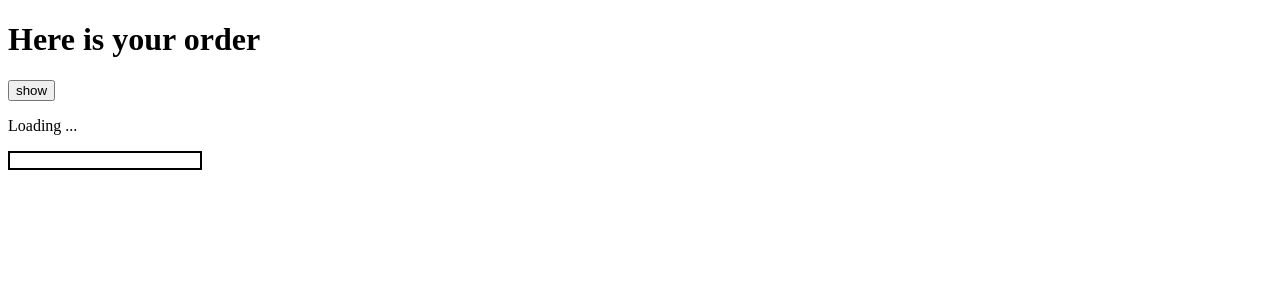
Repository: boschierob/order-app
Page: read.html
These files come from the project's save history. The page is drawn as it stood at one moment and after the next save; the edit follows.
The browser window is 1280 px wide. The pictures show the whole page.
The page's requests for data from a server got no answer.

Above is the page before, as saved 2023-01-01 19:57:19.

### read.html
<!DOCTYPE html>
<html lang="en">

<head>
    <meta charset="UTF-8">
    <meta http-equiv="X-UA-Compatible" content="IE=edge">
    <meta name="viewport" content="width=device-width, initial-scale=1.0">
    <title>view your order</title>
    <style>

    </style>
</head>

<body>
    <div>
        <h1>Here is your order</h1>
        <div>
            <button>show</button>
            <p id="data"> Loading ...</p>
            <div style="border:2px solid black ; width:15%; height:15px">
                <img id="image">
            </div>


        </div>

    </div>

    <script type="text/javascript">
        const show = document.getElementById('data');
        const image = document.getElementById('image');

        fetch('/list', {
            headers: {
                "Content-Type": "application/json"
            }
        })
            .then(response => response.json())
            .then(data => {
                //str = str.replace(/\^/g, '');
                const arrivals =  JSON.stringify(data.arrivals).replace(/[\[\^!""\]]/g, '');

                const departures = JSON.stringify(data.departures).replace(/[\[\^!""\]]/g, '');
                const so = JSON.stringify(data.so).replace(/[\[\^!""\]]/g, '');
                show.innerHTML = `<h2>Votre commande :</h2>
                <ul>
                    <li>chambres en arrivées : ${arrivals} </li>
                <li> chambres en départs : ${departures}</li>
                <li>en stay over : ${so}</li>
                </ul>`
                image.src = data.signature;

            })
            .catch(error => console.error(error))

    </script>
</body>

</html>

After the next save:
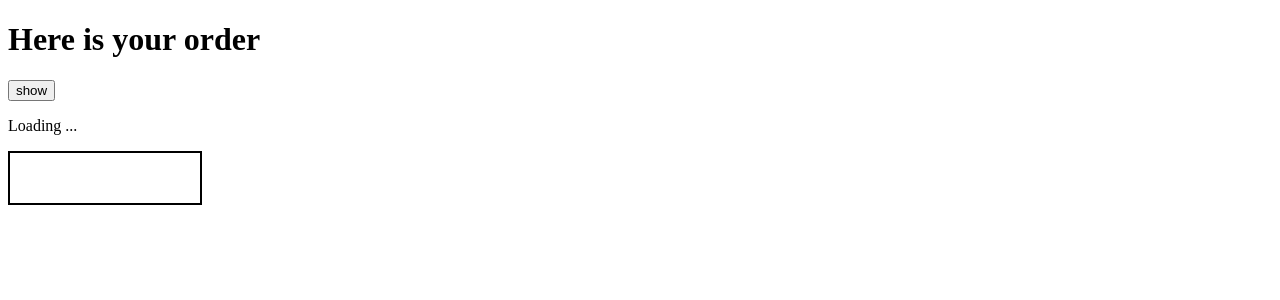
Saved 13 s later.
--- a/read.html
+++ b/read.html
@@ -17,7 +17,7 @@
         <div>
             <button>show</button>
             <p id="data"> Loading ...</p>
-            <div style="border:2px solid black ; width:15%; height:15px">
+            <div style="border:2px solid black ; width:15%; height:50px">
                 <img id="image">
             </div>
 
